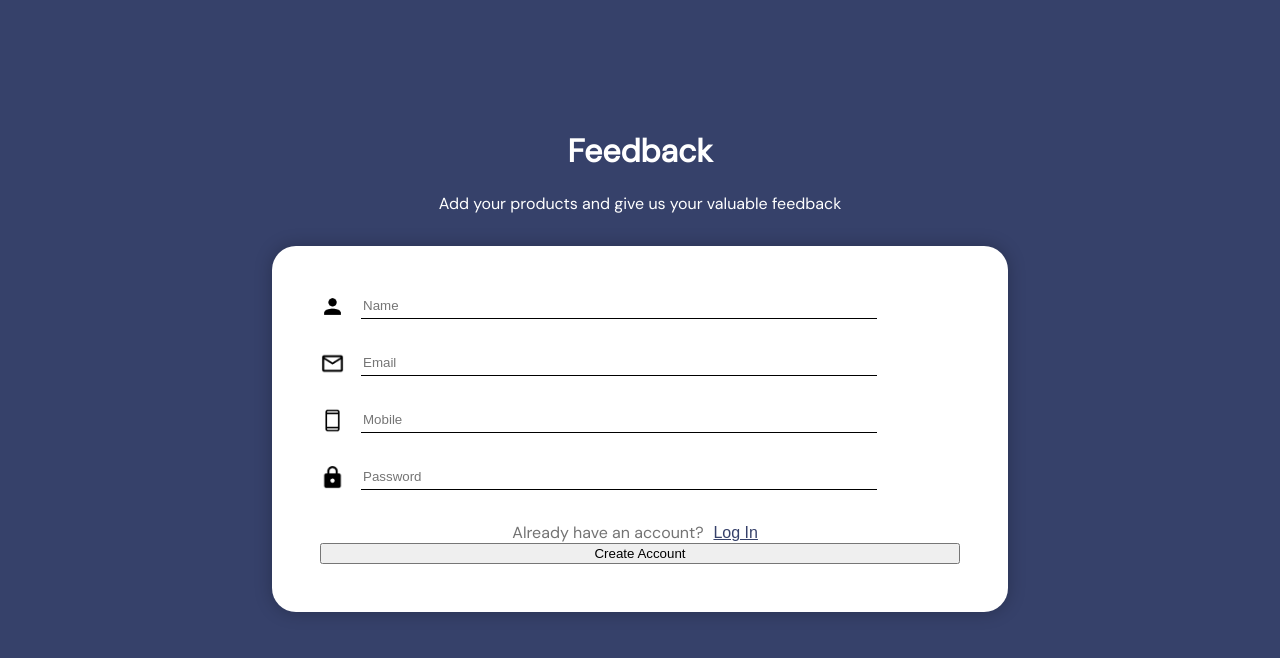
Repository: drumsmanku/final-evaluation-test
Page: /signup (app in client/)
The author's editor kept a copy of each file at every save. The page is drawn from the files as they stood at one save, then again after the next save.
The browser window is 1280 px wide. The pictures show the whole page.
The project was rebuilt for these pictures with package versions that can differ from the ones it lists, and the page was loaded fresh each time. Also part of the build but not shown: client/src/Components/MainPage.js, client/src/CSS/Login.css, client/src/Components/Login.js.

Above is the page before, as saved 2023-07-29 18:45:39.

### client/src/App.js
import './App.css';
import { BrowserRouter as Router, Route, Routes} from 'react-router-dom';
import MainPage from './Components/MainPage';
import SignUp from './Components/SignUp';
import Login from './Components/Login';
function App() {
  return (
    <div className="App">
      <Router>
        <Routes>
          <Route path='/' element={<MainPage/>}/>
          <Route path='/signup' element={<SignUp/>}/>
        </Routes>
      </Router>
    </div>
  );
}

export default App;

### client/src/Components/SignUp.js
import React, {useState, useEffect} from 'react';
import '../CSS/SignUp.css'
import { useNavigate } from 'react-router-dom';
import axios from 'axios';
import name from '../Assets/name.png'
import mobile from '../Assets/mobile.png'
import email from '../Assets/email.png'
import password from '../Assets/password.png'

function SignUp() {
  const navigate=useNavigate();
  const [user, setUser] = useState({
    name: '',
    email: '',
    mobile: '',
    password: ''
  });
  const handleChange = e => {
    setUser({
      ...user,
      [e.target.name]: e.target.value
    });
  };
  const signup = (event) => {
    event.preventDefault();
    axios.post('http://localhost:4000/signup', user)
      .then(res => {
        localStorage.setItem('token', res.data.jwtToken);
        localStorage.setItem('user', res.data.name);
        const tokenData=localStorage.getItem('token')
        if(tokenData!=='undefined') {
          navigate('/')
        }
        else{

        }

      })
      .catch(err => console.log(err));
  };
  return (
    <div className='signup-container'>
      <div className="headings">
        <h1>Feedback</h1>
        <span>Add your products and give us your valuable feedback</span>
      </div>
      <form>
        <div style={{display:'flex', width:'100%', marginBottom:'2rem'}}>
          <img src={name} height={25} alt="" />
          <input type="text" name="name" value={user.name} onChange={handleChange} placeholder="Name"/>
        </div>

        <div style={{display:'flex', width:'100%', marginBottom:'2rem'}}>
          <img src={email} height={25} alt="" />
          <input type="email" name="email" value={user.email} onChange={handleChange} placeholder="Email"/>
        </div>

        <div style={{display:'flex', width:'100%', marginBottom:'2rem'}}>
          <img src={mobile} height={25} alt="" />
          <input type="text" name="mobile" value={user.mobile} onChange={handleChange} placeholder="Mobile" />
        </div>

        <div style={{display:'flex', width:'100%', marginBottom:'2rem'}}>
          <img src={password} height={25} alt="" />
          <input type="password" name="password" value={user.password} onChange={handleChange} placeholder="Password" />
        </div>

        <span style={{color:'#737373'}}>Already have an account?<button style={{background:'none', color:'#36416A', fontSize:'medium', marginLeft:0, padding:0, width:'4rem', cursor:'pointer', border:'none', textDecoration:'underline'}} onClick={()=>{navigate('/login')}}>Log In</button></span>



        <button type="submit" style={{ cursor:'pointer'}} onClick={signup} >Create Account</button>

      </form>
    </div>
  )
}

export default SignUp

### client/src/CSS/MainPage.css
@import url('https://fonts.googleapis.com/css2?family=DM+Sans&display=swap');

body{
  font-family: 'DM Sans';
}
.main-container{
  height: 100vh;
  width: 100vw;
  display: flex;
  flex-direction: column;

}
.main-top-container{
  width: 100%;
}
.btn-main-page-login{
  height: 2rem;
  width: 6rem;
  font-weight: 500;
  font-size: medium ;
  background: none;
  border: none;
  border-radius: 0.3rem;
  margin-left: 1rem;
  margin-bottom:0;
  color: white;
  font-family: 'DM Sans';
  cursor: pointer;
}
.btn-main-page-register{
  height: 2rem;
  width: 6rem;
  font-size: medium;
  font-weight: 500;
  background-color: #36416A;
  border: 2px solid white;
  border-radius: 0.3rem;
  margin-left: 1rem;
  margin-bottom:0;
  color: white;
  font-family: 'DM Sans';
  cursor: pointer;
}
.navbar{
  width: 100%;
  background-color: #36416A;
}
.title-desc{
  width: 100%;
  display: flex;
  align-items: center;
  justify-content: space-around;

}
.bottom-left{
  width: 20%;
  display: flex;
  flex-direction: column;
  align-items: center;
  margin-left: 2rem;

}
.bottom-right{
  width: 75%;
}
.main-bottom-container{
  width:100%;
  display: flex;
}
.bottom-top-right{
  width: 98%;
  display: flex;
  justify-content: space-between;
  border: 3px solid #36416A59;
  padding: 0.7rem;
  border-radius: 0.5rem;

}
.add-product-button{
  height: 2rem;
  font-size: medium;
  font-weight: 500;
  background-color: #36416A;
  border:none;
  border-radius: 0.3rem;
  margin-left: 1rem;
  margin-bottom:0;
  color: white;
  font-family: 'DM Sans';
  cursor: pointer;
  padding-left: 1em;
  padding-right: 1em;
}
.product-cards{
  width: 100%;
  display: flex;
  padding-top: 2rem;
  flex-direction: column;
}
.card-main-info{
  width: 100%;
  display: flex;
  flex-direction: column;
}
.comments-button{
  color: #ABABAB;
  border: none;
  outline: none;
  background: none;
  font-size: small;
  letter-spacing: 0.1rem;
  display:flex;
  align-items: center;
  cursor: pointer;
}
.upvotes{
  width: 10%;
  background-color: brown;
  display: flex;
  flex-direction: column;
  align-items: center;
}

### client/src/CSS/SignUp.css

.signup-container{
  width: 100vw;
  height: 100vh;
  display: flex;
  flex-direction: column;
  justify-content: center;
  align-items: center;
  background-color: #36416A;
}
.headings{
  color: white;
  margin-bottom: 2rem;
}
.signup-container form{
  width: 50%;
  display: flex;
  flex-direction: column;
  background-color: white;
  padding: 3rem;
  box-shadow: 0 0 17px #00000040;
  border-radius: 1.5rem;
}
.signup-container input[type='text'], [type='password'], [type='email']{
  border-bottom: 1px solid black;
  width: 80%;
  margin-left: 1rem;
  border-top: none;
  border-left: none;
  border-right: none;
}
.signup-button{
  width:10%;
  border-radius: 1rem;
  border: none;
  background-color: #36416A;
}

Loaded but not shown: client/public/index.html (common file); client/src/index.js (common file); client/src/index.css (common file); client/src/App.css (common file); client/src/CSS/Login.css (no copy from this time; the picture is the same without it)

After the next save:
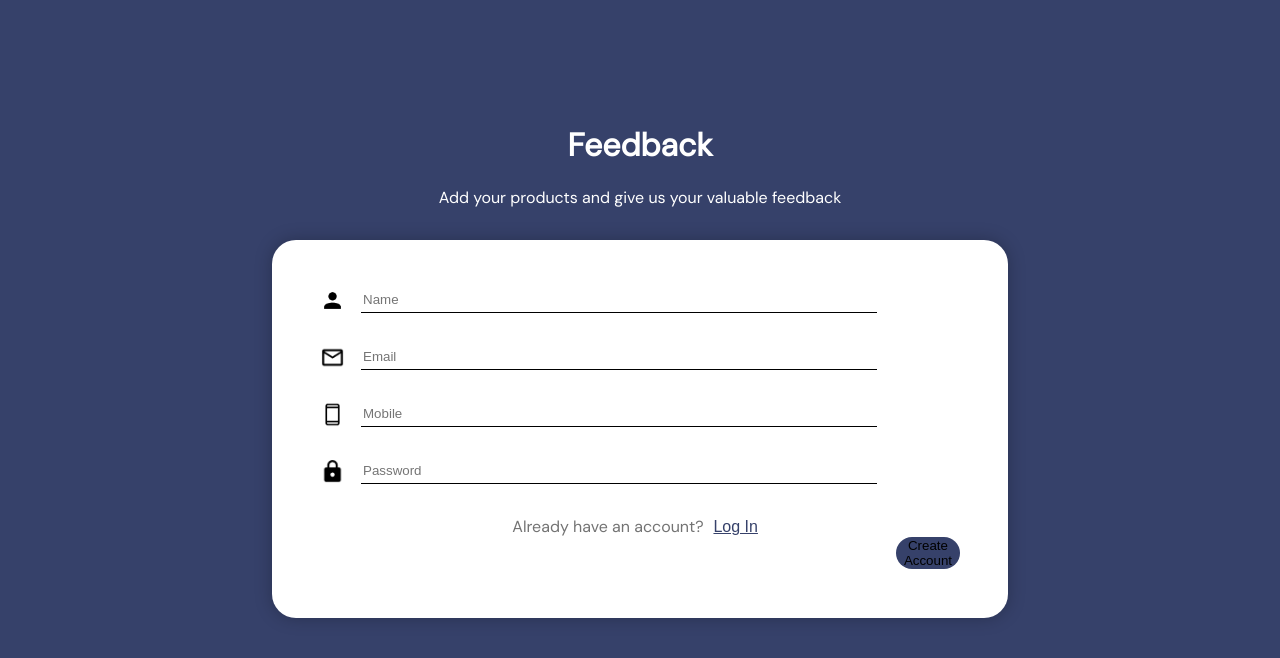
Saved 5 s later.
--- a/client/src/Components/SignUp.js
+++ b/client/src/Components/SignUp.js
@@ -67,9 +67,9 @@ function SignUp() {
 
         <span style={{color:'#737373'}}>Already have an account?<button style={{background:'none', color:'#36416A', fontSize:'medium', marginLeft:0, padding:0, width:'4rem', cursor:'pointer', border:'none', textDecoration:'underline'}} onClick={()=>{navigate('/login')}}>Log In</button></span>
 
-
-
-        <button type="submit" style={{ cursor:'pointer'}} onClick={signup} >Create Account</button>
+        <div style={{width:'100%', textAlign:'end'}}>
+          <button className='signup-button' type="submit" style={{ cursor:'pointer'}} onClick={signup}>Create Account</button>
+        </div>
 
       </form>
     </div>
